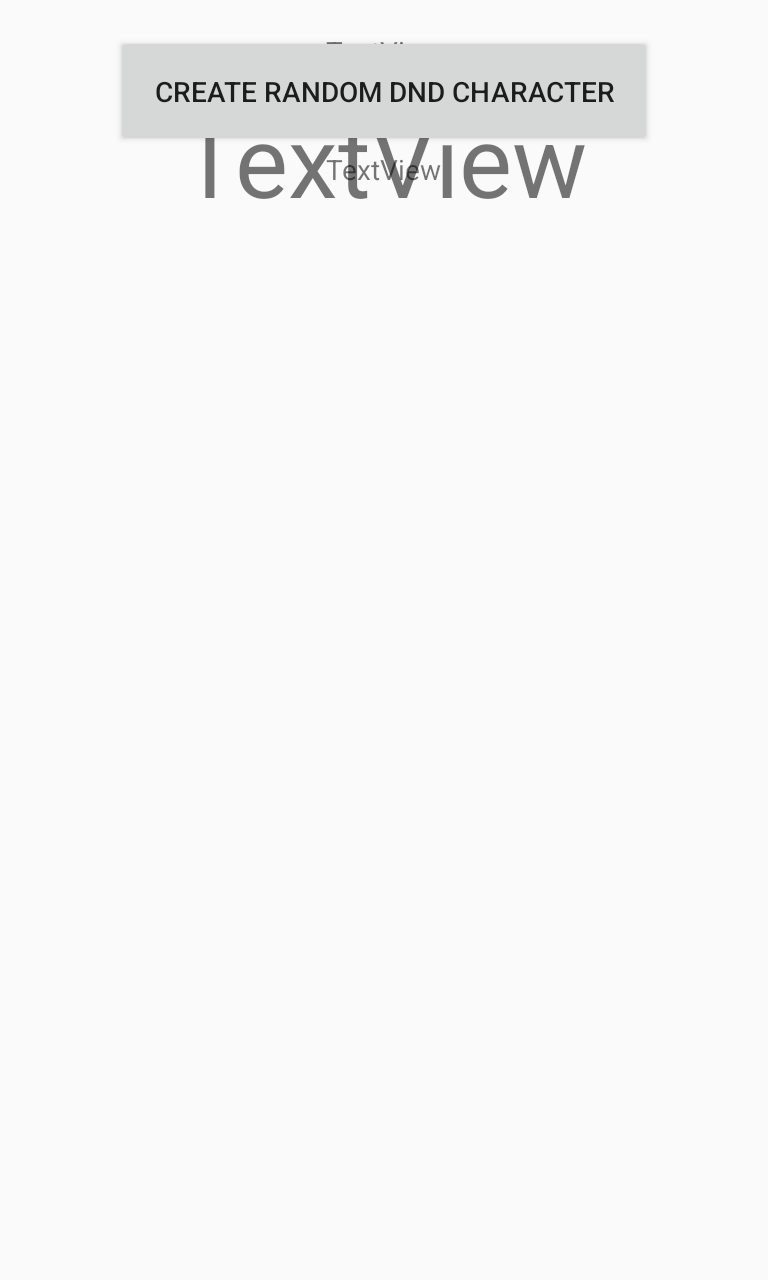
Repository: Vortelf/DnDAndroid
Layout: BuildApp/DnD/res/layout/activity_random_char.xml
These files come from the project's save history. The layout is drawn as it stood at one moment and after the next save; the edit follows.
It is drawn on a 768 x 1280 px phone screen (xhdpi) without system bars, with theme AppTheme; the app's code is not run.

Above is the layout before, as saved 2014-11-08 16:57:31.

After the next save:
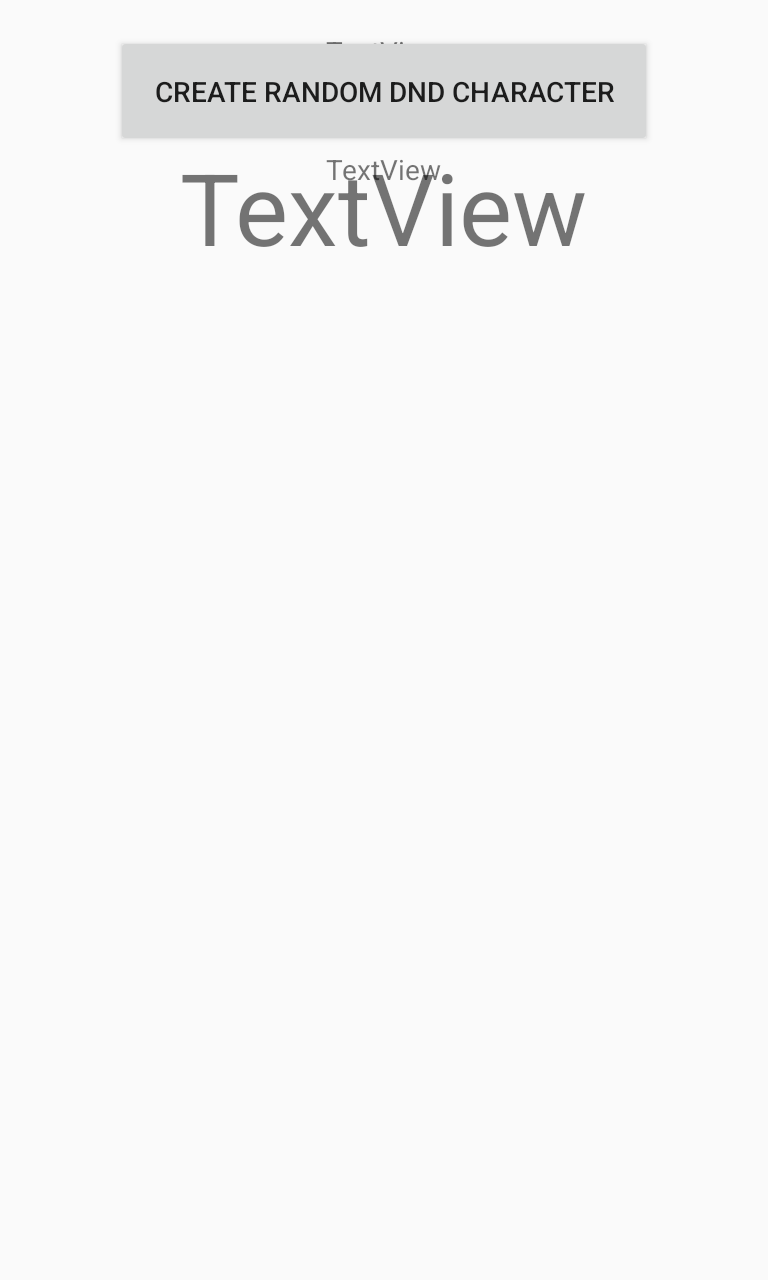
Saved 14 s later.
--- a/BuildApp/DnD/res/layout/activity_random_char.xml
+++ b/BuildApp/DnD/res/layout/activity_random_char.xml
@@ -40,7 +40,7 @@
    	    android:layout_width="wrap_content"
    	    android:layout_height="wrap_content"
    	    android:layout_centerHorizontal="true"
-   	    android:layout_marginTop="30dp"
+   	    android:layout_marginTop="54dp"
    	    android:text="TextView"
    	    android:textSize="50sp" />
 
